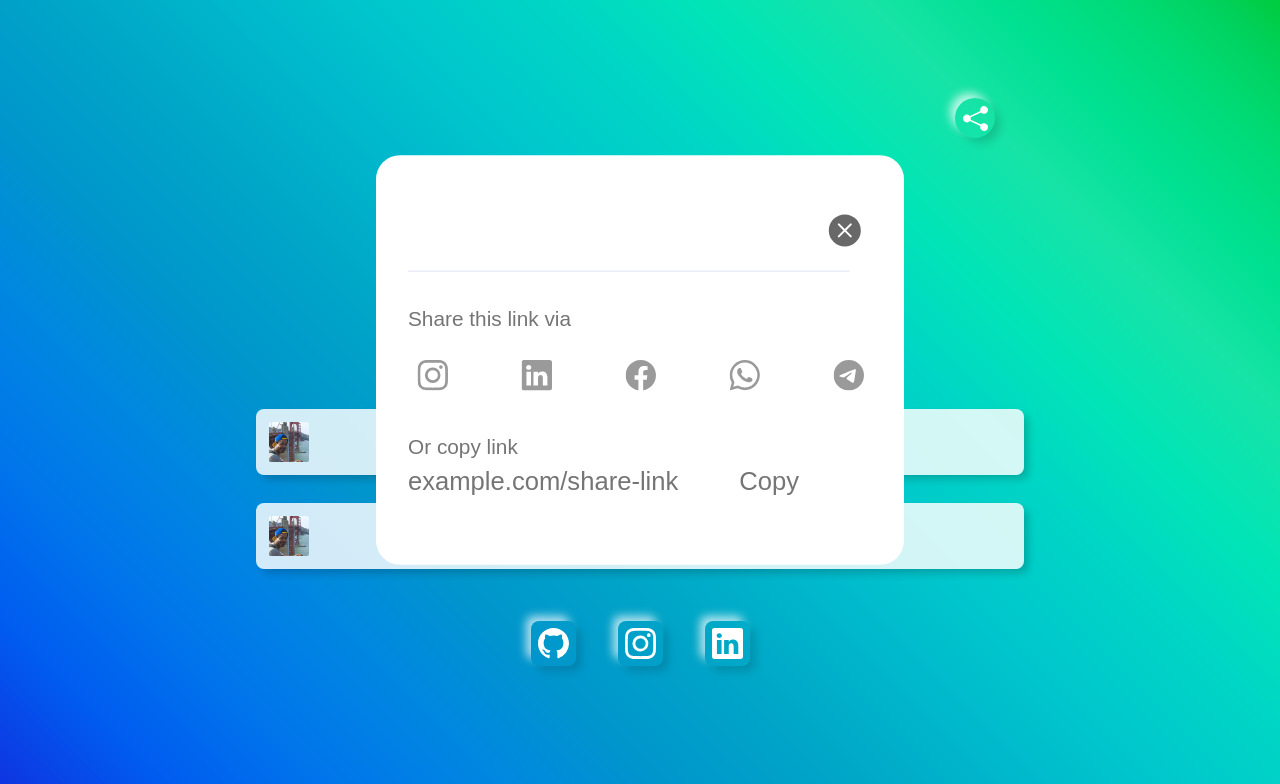
Repository: MateLaDBrouille97/linktree
Page: /
These files come from the project's save history. The page is drawn as it stood at one moment and after the next save; the edit follows.
The browser window is 1280 px wide. The pictures show the whole page.
The project was rebuilt for these pictures with package versions that can differ from the ones it lists, and the page was loaded fresh each time. The framework's server and built-in components were replaced by stand-ins that run in the browser. Also part of the build but not shown: next.config.js, styles/Home.module.css, styles/scrollup.css.

Above is the page before, as saved 2023-01-24 00:46:53.

### app/layout.tsx
"use client";

import '@/styles/globals.css'
import '../styles/Home.module.css';
import '../styles/scrollup.css';
import '../styles/home.css';
import '../styles/socials.css';
import '../styles/share.css';
import ScrollDow from '../components/ScrollDow';
import ScrollUp from '../components/scrollup/ScrollUp'

export default function RootLayout({
    children,
  }: {
    children: React.ReactNode;
  }) {
    return (
      <html lang="en">
        <body>{children}</body>
        {/* <ScrollDow/> */}
        {/* <ScrollUp/> */}
      </html>
    );
  }

### app/page.tsx
"use client";

import Image from "next/image";
import data from "data.json";
import image from "../public/ManuelTL2.jpg";
import image1 from "../public/ManuelTL2.jpg";
import { useEffect, useState } from "react";
import Socials from "../components/Socials";
import Share from "@/components/Share";

function LinkCard({
  href,
  title,
  image,
}: {
  href: string;
  title: string;
  image?: string;
}) {
  return (
    <a
      href={href}
      className="flex items-center p-3 w-full rounded-lg hover:scale-105 transition-all bg-gray-100 mb-3 -mt-2 max-w-3xl home__linkcard-box"
    >
      <div className="flex text-center w-full home__linkcard-card">
        <div className="w-10 h-10 home__linkcard-img">
          {image1 && (
            <Image
              className="rounded-sm"
              alt={data.name}
              src={image1}
              width={40}
              height={40}
            />
          )}
        </div>
        <h2 className="flex justify-center items-center font-semibold w-full text-gray-700 -ml-10 home__linkcard-title">
          {title}
        </h2>
      </div>
    </a>
  );
}

export default function Home() {
  /*==================== Toggle Menu ====================== */
  const [toggle, showMenu] = useState(false);
  const [activeNav, setActiveNav] = useState("#home");

  /* +++++++++++++++++++++++++++++++++++++++++++++++++ */
  // const { dbUser, image } = useUserContext();

  // const breakpoints = (width) => {
  //   if (width < 640) {
  //     return "xs";
  //   } else if (width >= 640 && width < 768) {
  //     return "sm";
  //   } else if (width >= 768 && width < 1024) {
  //     return "md";
  //   } else if (width >= 1024) {
  //     return "lg";
  //   }
  // };

  // const [breakpoint, setBreakpoint] = useState(() =>
  //   breakpoints(typeof window !== "undefined" && window.innerWidth)
  // );

  useEffect(() => {
    if (toggle) {
      // const calcInnerWidth = function () {
      //   setBreakpoint(breakpoints(window.innerWidth));
      // };
      // window.addEventListener("resize", calcInnerWidth);
      window.addEventListener("scroll", function () {
        const header = this.document.querySelector(".header");
        //scroll higher than 200 viewport height
        //add scroll header class to a tag with the scroll-top
        if (this.scrollY >= 80) header?.classList.add("scroll-header");
        else header?.classList.remove("scroll-header");
      });
    }
  }, []);

  useEffect(() => {
    showMenu(true);
  }, []);

  return (
    <div className="flex items-center flex-col mx-auto w-full justify-center mt-16 px-8 ">
      <Share/>
      <a
        href="#home"
        onClick={() => setActiveNav("#home")}
        // className={
        //   activeNav === "#home" ? "nav__logo active-link" : "nav__logo"
        // }
      >
        <Image
          className="rounded-full"
          alt={data.name}
          src={image}
          width={96}
          height={96}
        />
      </a>

      <h1 className="font-semibold mt-4 mb-8 text-xl" style={{color:"white"}}>{data.name}</h1>
      <h3 className="home__description" style={{color:"white"}}>{data.small_description}</h3>

      <div className="grid place-items-center w-full mt-2">
        {data.links.map((link) => (
          <LinkCard key={link.href} {...link} />
        ))}
      </div>

      <div className="gap-3 items-center flex mt-10">
        {data?.socials?.map((social) => {
         return(

          <Socials title={social?.title} key={social?.href} />
          )
        })}
      </div>
    </div>
  );
}

### styles/home.css
.home__container{
    row-gap: 7rem;
}

.home__content{
    grid-template-columns: 116px repeat(2, 1fr);
    padding-top: 5.5rem;
    column-gap: 2rem;
    align-items: center;
}

.home__social{
    display:grid;
    grid-template-columns: max-content;
    row-gap: 1rem;
}

.home__social-icon{
    font-size:1.25rem;
    color: var(--title-color);
}

.home__social-icon:hover{
    color:rgb(165, 30, 75);
}



.home__social-icon:hover{
    color: var(--title-color-dark);
}

.home__title{
    font-size:var(--h1-font-size);
    margin-bottom:var(--mb-0-25);
}

.home__hand{
    width: 38px;
    height: 38px;
    margin-left: 0.4rem;
}

.home__subtitle{
    position: relative;
    font-size:var(--h3-font-size);
    padding-left: 5.4rem;
    font-weight: var(--font-normal);
    margin-bottom: var(--mb-1);
}

.home__subtitle::before{
    content:'';
    position:absolute;
    width: 70px;
    height:1px;
    background-color:var(--text-color);
    left:0;
    top:1rem;
}

.home__description{
    max-width:400px;
    margin-bottom: var(--mb-3);
    line-height: 1.7;
}

.home__linkcard-box{
    background-color: rgba(255, 255, 255, 0.829);
    border-color: whitesmoke;
    border-width: 3px;
    transition: transform 0.5s;
    box-shadow: 5px 5px 9px -1px rgba(0,0,0,0.2);

    border: 1px solid rgba(0,0,0,0);
    transition: transform 0.5s;
}

.home__linkcard-box:hover{
    box-shadow: 10px 10px 0px -1px rgba(0,0,0,0.15),
                1px 1px 0.5px  rgba(0,0,0,0.15),
                0px -12px 10px -10px  rgba(0,0,0,0.05);
     border: 1px solid   rgba(0,0,0,0.1);
    /* transform:translateY(-2px)  ;    */
}

.home__linkcard-box::after{
    transition: transform 0.5s;
}

.home__linkcard-box:hover::after .home__linkcard-title {
    transition: transform 0.7s;
}

.home__linkcard-box:hover::after .home__linkcard-img {
    transition: transform 0.7s;
}

.home__linkcard-box:hover .home__linkcard-title{
    transform:scale(1.05);
    transition: transform 0.5s;
}

.home__linkcard-box:hover .home__linkcard-img{
    transform:scale(1.15);
    transition: transform 0.5s;
}




.home__img{
/* background: url(../../assets/Mur.jpg); */
background-repeat: no-repeat;
background-position: center;
background-size: cover;
box-shadow: inset 0 0 0 9px rgb(255 255 255/30%);
order: 1;
justify-self: center;
width:375px ;
height: 350px;
animation: profile__animate 8s ease-in-out infinite 1s;
}

@keyframes profile__animate {
    0%{
        border-radius: 60% 40% 30% 70%/60% 30% 70% 40%;
    }

    50%{
        border-radius: 30% 60% 70% 40%/50% 60% 30% 60%;
    }

    100%{
        border-radius: 60% 40% 30% 70%/60% 30% 70% 40%;
    }
}

.home__scroll{
    position:fixed;
    left: 2.5rem;
    bottom: 3rem;
    /* opacity:0.8; */
    padding:0.3rem 0.5rem;
    border-radius:0.4rem;
    z-index: var(--z-tooltip);
    transition: .4s;
}


.wheel {
    animation: scroll 2s ease infinite;
}

@keyframes scroll{
    0% {
        transform: translateY(0);
    }
    30% {
        transform: translateY(3.7rem);
    }

}


.home__scroll-name{
    color: rgba(255, 255, 255, 0.829);
    font-weight: var(--font-medium);
    margin-right: var(--mb-0-25);
    margin-left: 2px;
}

.home__scroll-arrow{
    font-size: 1.25rem;
    color: rgba(255, 255, 255, 0.829);
}


/*=============== BREAKPOINTS ===============*/
/* For large devices */
@media screen and (max-width: 992px) {
    .home__content{
        grid-template-columns: 100px repeat(2, 1fr);
        column-gap: 1.25rem;

    }

    .home__hand{
        width:26px;
        height:26px;
    }

    .home__subtitle{
        padding-left: 3.75rem;
        margin-bottom: var(--mb-1);

    }

    .home__subtitle::before {
        width:42px;
        top:0.8rem;
    }

    .home__description{
        max-width: initial;
        margin-bottom: var(--mb-2-5);
    }

    .home__img{
        width:250px;
        height:250px;
        box-shadow:inset 0 0 0 8px rgb(255 255 255/30%)
    }

    .home__scroll{
        margin-left: 7.5rem;
    }



  }

  /* For medium devices */
  @media screen and (max-width: 768px) {
    .home__content{
        grid-template-columns: 0.5fr 3fr;
        padding-top: 3.5rem;
    }

    .home__img{
        order:initial;/* ordre d'apparition de l'element*/
        justify-self: initial;
        box-shadow: inset 0 0 0 9px rgb(255 255 255/30%);
        width:200px;
        height: 200px;
    }

    .home__data{
        grid-column:1/3;
    }

    .home__scroll{
        display:none;
    }


  }



  /* For small devices */
  @media screen and (max-width: 350px) {


    .home__img{

        width:180px ;
        height: 180px;
    }

    .home__hand{
        width:22px;
        height:22px;
    }


  }

### styles/socials.css
/* .social__link{
    color: var(--container-color);
    font-size: 1.125rem;
    padding: 0.4rem;
    border-radius:1.5rem;
    display: inline-flex;
} */
/*
.social__link:hover{
    background-color:rgba(44, 203, 224, 0.986);
} */

.social__link{
    display:flex;
    /* background-color: var(--container-color); */
    color: var(--container-color);
    height: 45px;
    width: 45px;
    margin: 0 15px;
    border-radius: 8px;
    align-items: center;
    justify-content:center;
    text-decoration: none;
    box-shadow: 6px 6px 10px -1px rgba(0,0,0,0.15),
                -6px -6px 10px -1px rgba(255,255,255,0.7);
    border: 1px solid   rgba(0,0,0,0);
    transition: transform 0.5s;
}

a svg {
    font-size: 38px;
    color: white;
    transition: transform 0.5s;
}


.social__link:hover{
    background-color: rgba(255, 255, 255, 0.829);
    box-shadow: inset 4px 4px 6px -1px rgba(0,0,0,0.2),
                inset -4px -4px 6px -1px rgba(255,255,255,0.7),
                -0.5px -0.5px 0px  rgba(255,255,255,1),
                0.5px 0.5px 0px  rgba(0,0,0,0.15),
                0px -12px 10px -10px  rgba(0,0,0,0.05);
    border: 1px solid   rgba(0,0,0,0.1);
    transform:translateY(2px)  ;
}


a:hover svg{
    transform: scale(1.10);
    fill: black;
    transition: transform 0.5s;
}

a:hover .bi-linkedin{
    fill:rgb(18, 83, 203) ;
    transform:scale(1.10);
    transition: transform 0.5s;
}

a:hover .bi-instagram{
    fill:#e64771;
    transform:scale(1.10);
    transition: transform 0.5s;
}


/*=============== BREAKPOINTS ===============*/
/* For large devices */
@media screen and (max-width: 992px) {


    .social__link:hover{

        box-shadow: inset 4px 4px 6px -1px rgba(0,0,0,0.2),
                    inset -4px -4px 6px -1px rgba(255,255,255,0.7),
                    -0.5px -0.5px 0px  rgba(255,255,255,1),
                    0.5px 0.5px 0px  rgba(0,0,0,0.15),
                    0px -12px 10px -10px  rgba(0,0,0,0.05);
        border: 1px solid   rgba(0,0,0,0.1);
        transform:translateY(2px)  ;
    }




  }

  /* For medium devices */
  @media screen and (max-width: 768px) {




  }



  /* For small devices */
  @media screen and (max-width: 350px) {





  }

### styles/share.css
/*          Share   Items  */

.share-link {
  display: flex;
  color: var(--container-color);
  height: 45px;
  width: 45px;
  margin: 0 15px;
  border-radius: 22px;
  align-items: center;
  justify-content: center;
  text-decoration: none;
  box-shadow: 6px 6px 10px -1px rgba(0, 0, 0, 0.15),
    -6px -6px 10px -1px rgba(255, 255, 255, 0.7);
  border: 1px solid rgba(0, 0, 0, 0);
  transition: transform 0.5s;
}

.share-link:hover {
  background-color: rgba(255, 255, 255, 0.829);
  box-shadow: inset 4px 4px 6px -1px rgba(0, 0, 0, 0.2),
    inset -4px -4px 6px -1px rgba(255, 255, 255, 0.7),
    -0.5px -0.5px 0px rgba(255, 255, 255, 1),
    0.5px 0.5px 0px rgba(0, 0, 0, 0.15),
    0px -12px 10px -10px rgba(0, 0, 0, 0.05);
  border: 1px solid rgba(0, 0, 0, 0.1);
  transform: translateY(2px);
}

/* .share-link .bi-share-fill{
    fill: white;
} */

.share-link:hover .bi-share-fill {
  fill: black;
  transform: scale(1.1);
  transition: transform 0.5s;
}

header {
  width: 95%;
  max-width: 788px;
  display: flex;
  justify-content: flex-end;
  padding: 12px;
  margin-top: 5px;
}

.share-button {
  width: 40px;
  height: 40px;
  border-radius: 20px;
  color: var(--container-color);
}

.share {
  width: 95%;
  max-width: 788px;
  display: flex;
  justify-content: flex-end;
  padding: 12px;
  margin-top: 5px;
  z-index: 10;
}

.modal-share {
  position: absolute;
  top: 50%;
  left: 50%;
  transform: translate(-50%, -50%) scale(1.6);
  background: var(--container-color);
  padding: 20px;
  border-radius: 15px;
  max-width: 330px;
  width: 60%;
}

.modal-share :is(header) {
  display: flex;
  align-items: center;

}

.modal-share :is( .icons) {
    display: flex;
    align-items: center;
    justify-content: space-between;
  }


.modal-share header {
  padding-bottom: 15px;
  border-bottom: 1px solid #ebedf9;
}

header .close .icons a {
  display: flex;
  align-items: center;
  justify-content: center;
  border-radius: 50%;
}

header .close {
  height: 33px;
  width: 33px;
  background: var(--container-color);
  cursor: pointer;

}



/* .modal-title {
  font-size: 19px;
  font-weight: 500;
} */

.modal-share .content {
  margin: 20px 0;
}

.content p {
  font-size: 13px;
}

.content .icons {
  margin: 10px 0 20px 0;
}

.close{
    display: flex;
    justify-content: flex-end;
}

.close .bi-x{
  border-radius: 15px;
  background-color:#696868;
  margin-right: -19px;
}

.icons a {
  height: 30px;
  width: 30px;
  border: 0.5px solid transparent;
  text-decoration: none;
  display: flex;
  justify-content: center;
  align-items: center;
}

.icons svg {
    fill: #40404086
}

### components/Socials.tsx
function GitHubIcon() {
  return (
    <a href="https://github.com/LuckyMate97" className="social__link">
      <svg xmlns="http://www.w3.org/2000/svg" width="31" height="31" fill="white" className="bi bi-github" viewBox="0 0 16 16"> <path d="M8 0C3.58 0 0 3.58 0 8c0 3.54 2.29 6.53 5.47 7.59.4.07.55-.17.55-.38 0-.19-.01-.82-.01-1.49-2.01.37-2.53-.49-2.69-.94-.09-.23-.48-.94-.82-1.13-.28-.15-.68-.52-.01-.53.63-.01 1.08.58 1.23.82.72 1.21 1.87.87 2.33.66.07-.52.28-.87.51-1.07-1.78-.2-3.64-.89-3.64-3.95 0-.87.31-1.59.82-2.15-.08-.2-.36-1.02.08-2.12 0 0 .67-.21 2.2.82.64-.18 1.32-.27 2-.27.68 0 1.36.09 2 .27 1.53-1.04 2.2-.82 2.2-.82.44 1.1.16 1.92.08 2.12.51.56.82 1.27.82 2.15 0 3.07-1.87 3.75-3.65 3.95.29.25.54.73.54 1.48 0 1.07-.01 1.93-.01 2.2 0 .21.15.46.55.38A8.012 8.012 0 0 0 16 8c0-4.42-3.58-8-8-8z"/> </svg>
    </a>
  );
}

function InstagramIcon() {
  return (
    <a href="https://www.instagram.com/oto.mata33/" className="social__link">
      <svg xmlns="http://www.w3.org/2000/svg" width="31" height="31" fill="white" className="bi bi-instagram" viewBox="0 0 16 16"> <path d="M8 0C5.829 0 5.556.01 4.703.048 3.85.088 3.269.222 2.76.42a3.917 3.917 0 0 0-1.417.923A3.927 3.927 0 0 0 .42 2.76C.222 3.268.087 3.85.048 4.7.01 5.555 0 5.827 0 8.001c0 2.172.01 2.444.048 3.297.04.852.174 1.433.372 1.942.205.526.478.972.923 1.417.444.445.89.719 1.416.923.51.198 1.09.333 1.942.372C5.555 15.99 5.827 16 8 16s2.444-.01 3.298-.048c.851-.04 1.434-.174 1.943-.372a3.916 3.916 0 0 0 1.416-.923c.445-.445.718-.891.923-1.417.197-.509.332-1.09.372-1.942C15.99 10.445 16 10.173 16 8s-.01-2.445-.048-3.299c-.04-.851-.175-1.433-.372-1.941a3.926 3.926 0 0 0-.923-1.417A3.911 3.911 0 0 0 13.24.42c-.51-.198-1.092-.333-1.943-.372C10.443.01 10.172 0 7.998 0h.003zm-.717 1.442h.718c2.136 0 2.389.007 3.232.046.78.035 1.204.166 1.486.275.373.145.64.319.92.599.28.28.453.546.598.92.11.281.24.705.275 1.485.039.843.047 1.096.047 3.231s-.008 2.389-.047 3.232c-.035.78-.166 1.203-.275 1.485a2.47 2.47 0 0 1-.599.919c-.28.28-.546.453-.92.598-.28.11-.704.24-1.485.276-.843.038-1.096.047-3.232.047s-2.39-.009-3.233-.047c-.78-.036-1.203-.166-1.485-.276a2.478 2.478 0 0 1-.92-.598 2.48 2.48 0 0 1-.6-.92c-.109-.281-.24-.705-.275-1.485-.038-.843-.046-1.096-.046-3.233 0-2.136.008-2.388.046-3.231.036-.78.166-1.204.276-1.486.145-.373.319-.64.599-.92.28-.28.546-.453.92-.598.282-.11.705-.24 1.485-.276.738-.034 1.024-.044 2.515-.045v.002zm4.988 1.328a.96.96 0 1 0 0 1.92.96.96 0 0 0 0-1.92zm-4.27 1.122a4.109 4.109 0 1 0 0 8.217 4.109 4.109 0 0 0 0-8.217zm0 1.441a2.667 2.667 0 1 1 0 5.334 2.667 2.667 0 0 1 0-5.334z"/> </svg>
    </a>
  );
}

function LinkedInIcon() {
  return (
    <a href="https://ca.linkedin.com/" className="social__link">
      <svg xmlns="http://www.w3.org/2000/svg" width="31" height="31" fill="white" className="bi bi-linkedin" viewBox="0 0 16 16"> <path d="M0 1.146C0 .513.526 0 1.175 0h13.65C15.474 0 16 .513 16 1.146v13.708c0 .633-.526 1.146-1.175 1.146H1.175C.526 16 0 15.487 0 14.854V1.146zm4.943 12.248V6.169H2.542v7.225h2.401zm-1.2-8.212c.837 0 1.358-.554 1.358-1.248-.015-.709-.52-1.248-1.342-1.248-.822 0-1.359.54-1.359 1.248 0 .694.521 1.248 1.327 1.248h.016zm4.908 8.212V9.359c0-.216.016-.432.08-.586.173-.431.568-.878 1.232-.878.869 0 1.216.662 1.216 1.634v3.865h2.401V9.25c0-2.22-1.184-3.252-2.764-3.252-1.274 0-1.845.7-2.165 1.193v.025h-.016a5.54 5.54 0 0 1 .016-.025V6.169h-2.4c.03.678 0 7.225 0 7.225h2.4z"/> </svg>
    </a>
  );
}

function Socials({ title }:{title?:string;}) {
  if (title == "Instagram") {
    return <InstagramIcon  />;
  }
  if (title == "Github") {
    return <GitHubIcon  />;
  }
  if (title == "LinkedIn") {
    return <LinkedInIcon  />;
  }
}

export default Socials;

Loaded but not shown: data.json (35 lines, source omitted); tailwind.config.js (13 lines, source omitted); components/Share.tsx (115 lines, source omitted); styles/globals.css (269 lines, source omitted)

After the next save:
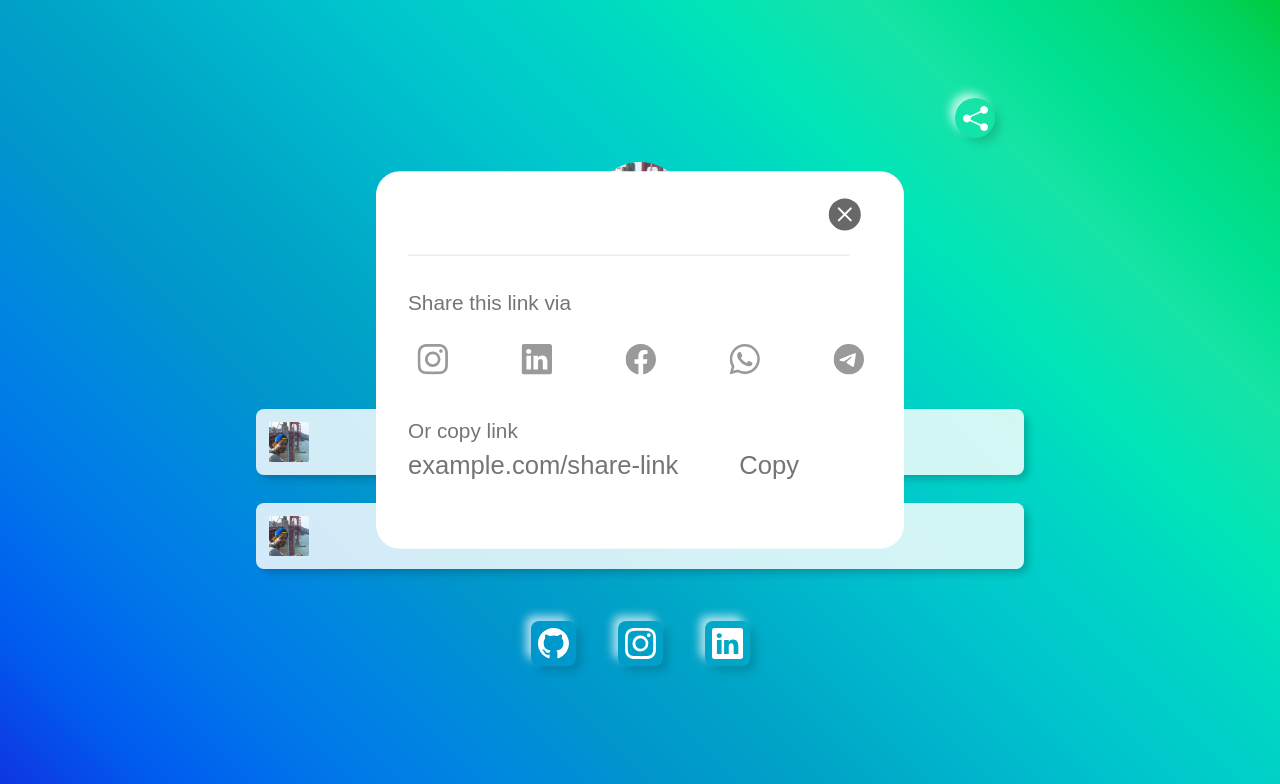
Saved 21 s later.
--- a/styles/share.css
+++ b/styles/share.css
@@ -136,6 +136,7 @@
   border-radius: 15px;
   background-color:#696868;
   margin-right: -19px;
+  margin-top: -20px;
 }
 
 .icons a {

After the save that followed:
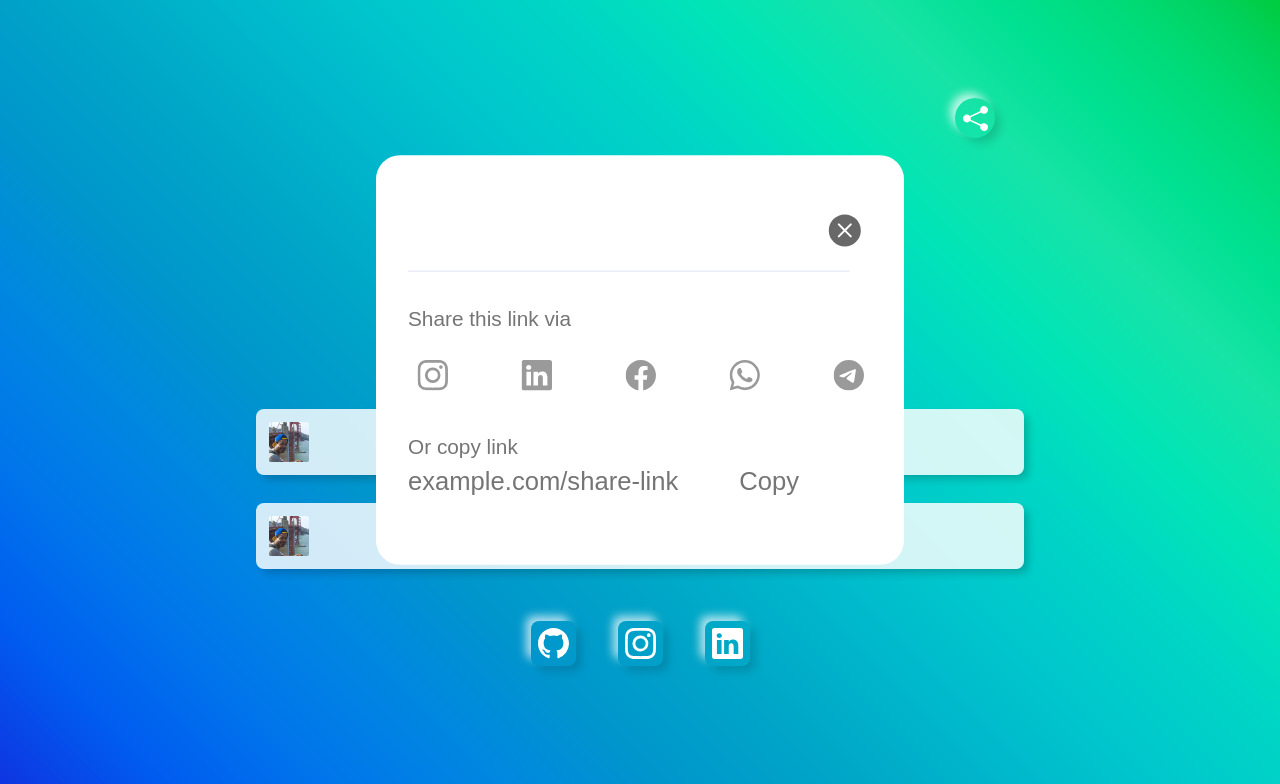
Saved 30 s later.
--- a/styles/share.css
+++ b/styles/share.css
@@ -136,7 +136,7 @@
   border-radius: 15px;
   background-color:#696868;
   margin-right: -19px;
-  margin-top: -20px;
+  padding-top: -20px;
 }
 
 .icons a {
